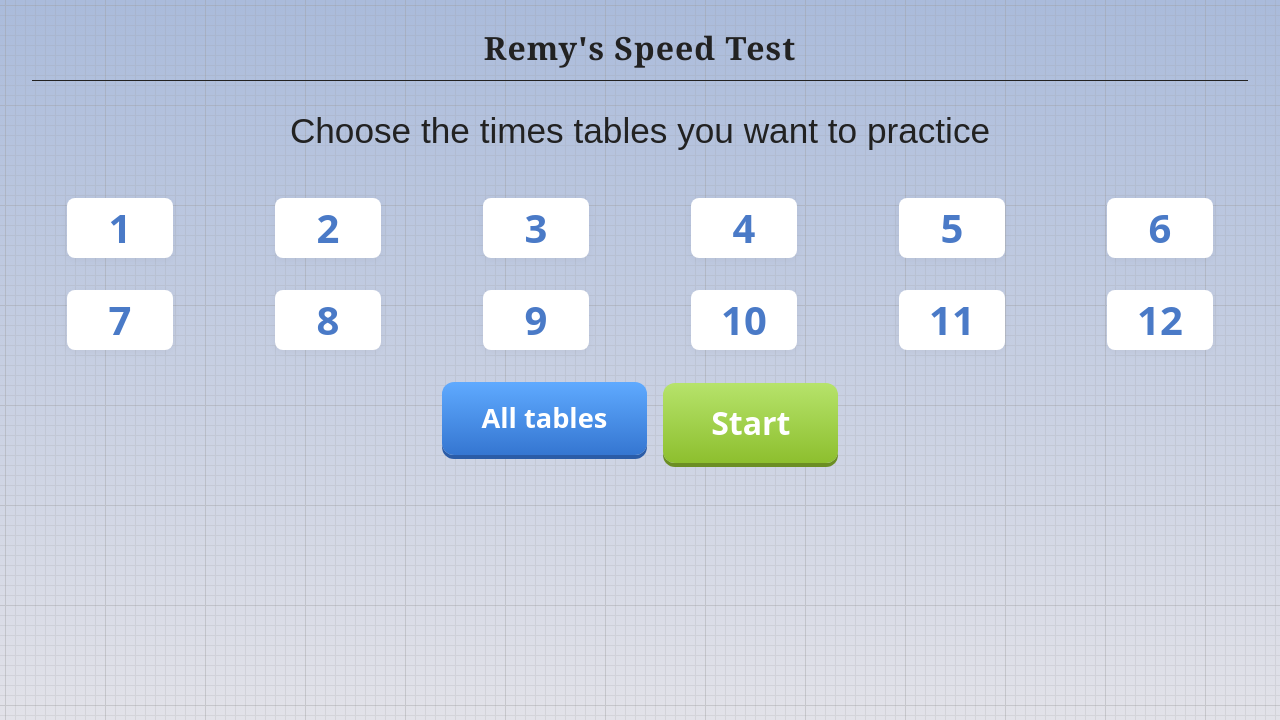
Repository: Chinurum-Omenuko/remys-speed-test
Page: / (app in app/)
These files come from the project's save history. The page is drawn as it stood at one moment and after the next save; the edit follows.
The browser window is 1280 px wide. The pictures show the whole page.
The project was rebuilt for these pictures with package versions that can differ from the ones it lists, and the page was loaded fresh each time. The framework's server and built-in components were replaced by stand-ins that run in the browser. Also part of the build but not shown: app/svelte.config.js, app/vite.config.ts.

Above is the page before, as saved 2025-11-17 13:27:01.

After the next save:
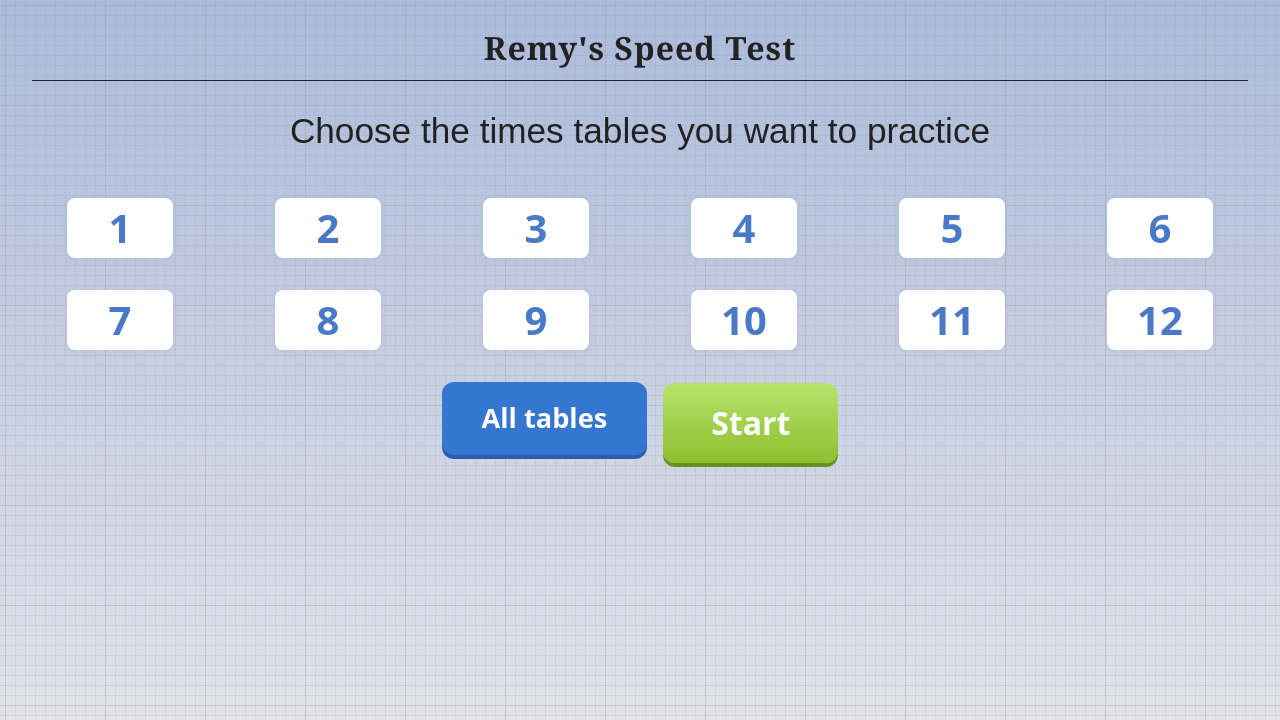
Saved 31 s later.
--- a/app/src/routes/+page.svelte
+++ b/app/src/routes/+page.svelte
@@ -151,7 +151,7 @@
 		gap: 1.2rem;
 	}
 	.blue-btn {
-		background: linear-gradient(180deg, #5faaff 0%, #3576d1 100%);
+		background:  #3576d1;
 		color: #fff;
 		font-size: 1.7rem;
 		font-weight: 600;
